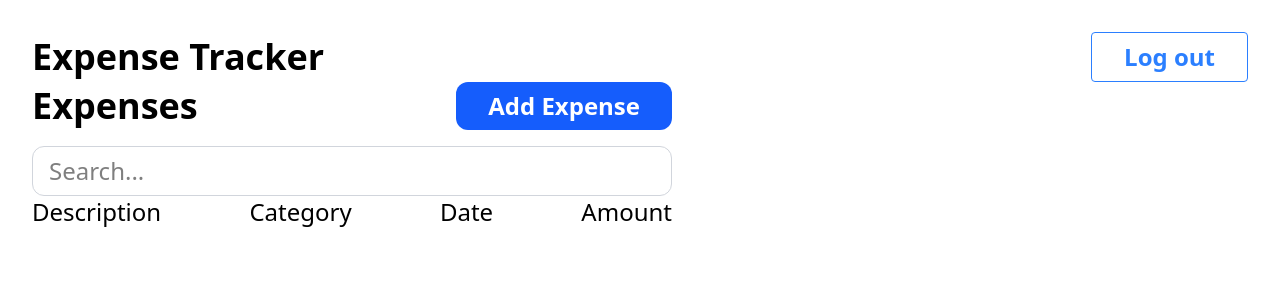
Repository: Syed-Mohsin-Ali786/frontend-expense-tracker
Page: /
These files come from the project's save history. The page is drawn as it stood at one moment and after the next save; the edit follows.
The browser window is 1280 px wide. The pictures show the whole page.
The project was rebuilt for these pictures with package versions that can differ from the ones it lists, and the page was loaded fresh each time.

Above is the page before, as saved 2025-09-28 14:21:04.

After the next save:
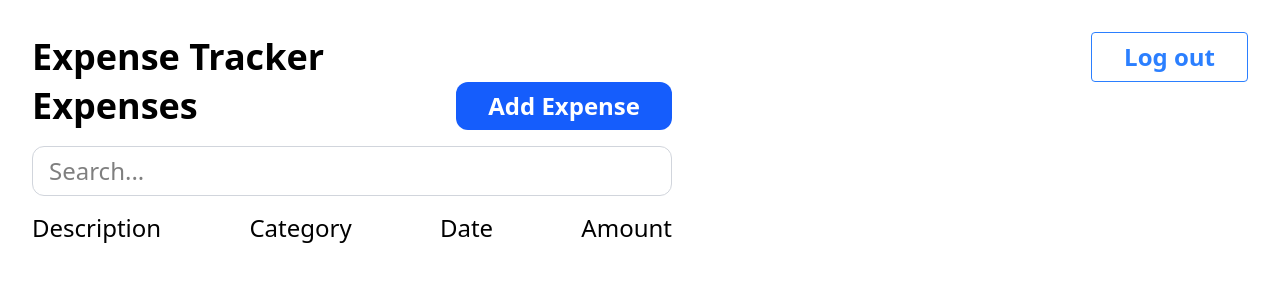
Saved 13 s later.
--- a/src/App.tsx
+++ b/src/App.tsx
@@ -23,7 +23,7 @@ function App() {
           </div>
           <div>
           <input type="text" placeholder="Search..."  className="py-2 px-4 w-full text-2xl border-gray-300 border rounded-[12px] mt-4 "/>
-          <div className="flex text-2xl justify-between ">
+          <div className="flex text-2xl justify-between mt-4 ">
             <p>Description</p>
             <p>Category</p>
             <p>Date</p>
